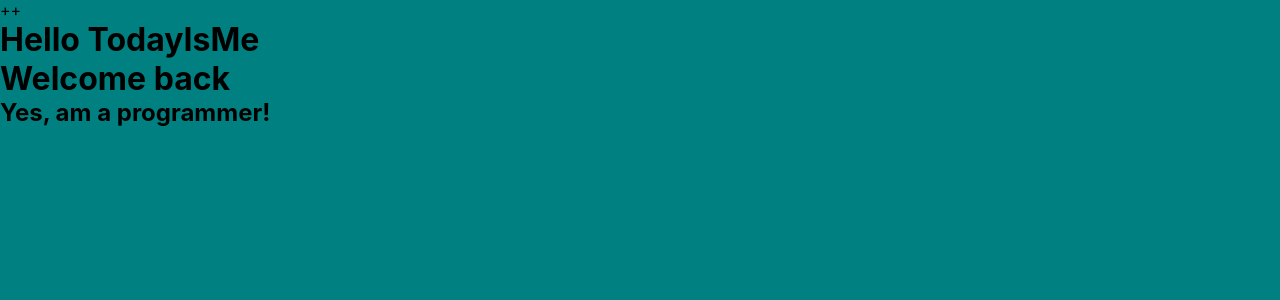
Repository: Exdevo/React
Page: /
The author's editor kept a copy of each file at every save. The page is drawn from the files as they stood at one save, then again after a run of saves.
The browser window is 1280 px wide. The pictures show the whole page.
The project was rebuilt for these pictures with package versions that can differ from the ones it lists, and the page was loaded fresh each time. Also part of the build but not shown: src/ItemDescription.js, src/Product.js.

Above is the page before, as saved 2023-02-12 13:42:15.

### src/App.js
import { useState } from 'react';
import './App.css';
import Product from './Product';

function App() {
//Dynamic rendering in React
  const name= null;
  let isProgrammer= false;

  //Counter
  const [counter, setCounter]=useState(0);

  return (
    <div className="App">

      <buton>+</buton>
      <buton>+</buton>
     <h1> Hello {isProgrammer ? name : "TodayIsMe"} </h1>
     {name ?(
      <>Testing</>
     ):(
      <>
      <h1>Welcome back</h1>
      <h2>Yes, am a programmer!</h2>
      </>
     )}



      {/* < Product
      name='Phone'
      description='Samsung'
      price='4300'
      />
      < Product
      name='Laptop'
      description='Mac'
      price='24000'
      />
      < Product
      name='Woofer'
      description='Vitron'
      price='2300'
      /> */}

    </div>
  );
}

export default App;

### src/App.css
*{
  margin: 0;
  background-color: teal;
}

Loaded but not shown: public/index.html (common file); src/index.js (common file); src/index.css (common file)

After the next 6 saves:
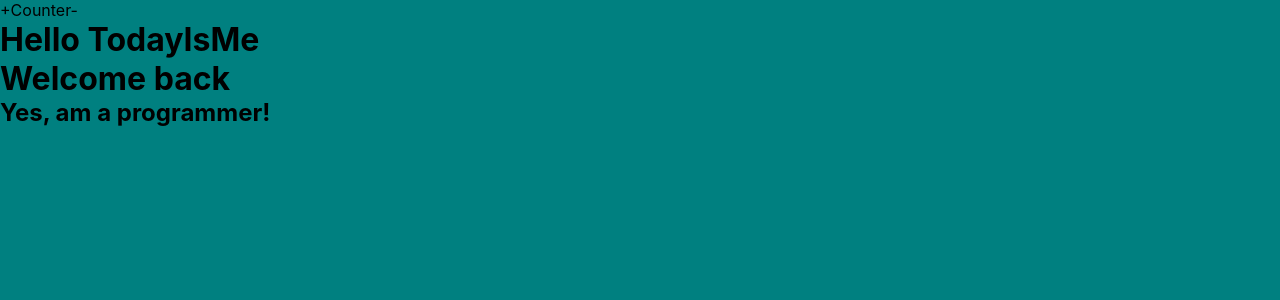
The 6 saves are shown as one change because they came seconds apart.
The last was saved 21 s later.
--- a/src/App.js
+++ b/src/App.js
@@ -14,7 +14,8 @@ function App() {
     <div className="App">
 
       <buton>+</buton>
-      <buton>+</buton>
+      <buton>Counter</buton>
+      <buton>-</buton>
      <h1> Hello {isProgrammer ? name : "TodayIsMe"} </h1>
      {name ?(
       <>Testing</>
